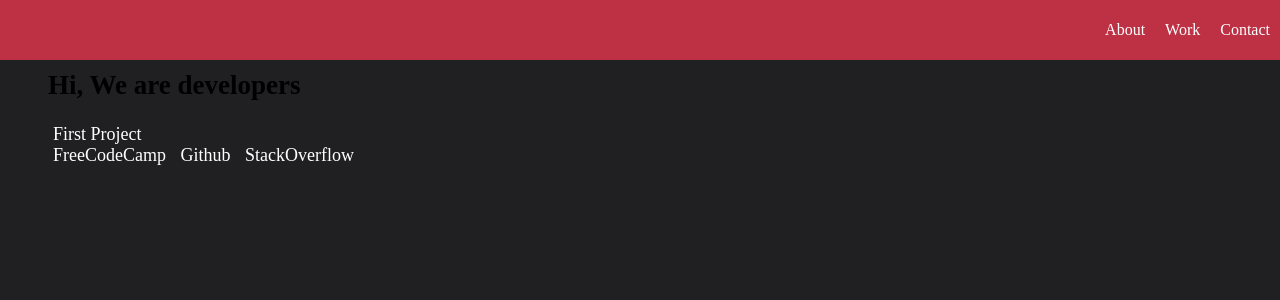
Repository: justicebhekani88/microverse_portfolio_project
Page: index.html
These files come from the project's save history. The page is drawn as it stood at one moment and after the next save; the edit follows.
The browser window is 1280 px wide. The pictures show the whole page.

Above is the page before, as saved 2022-07-21 14:50:14.

After the next save:
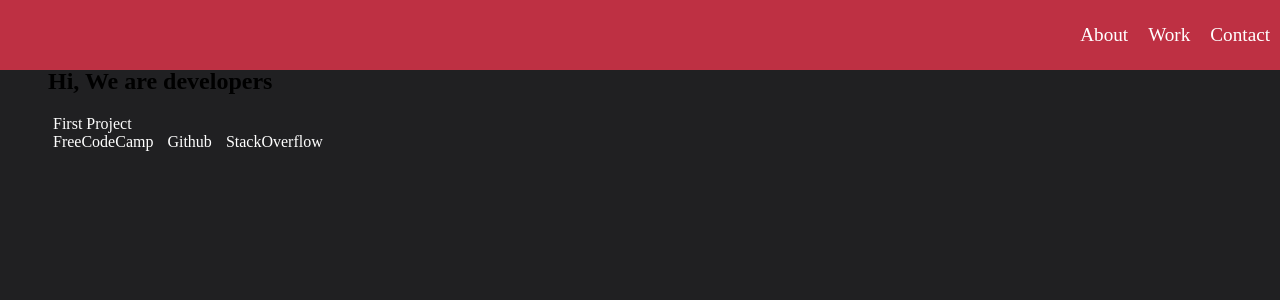
Saved 22 s later.
--- a/style.css
+++ b/style.css
@@ -33,6 +33,9 @@ li, a {
 @media only screen and (min-width: 1280px) {
     #main {
         padding: 40px;
-        font-size: large;
+    }
+
+    nav {
+        font-size: larger;
     }
 }
